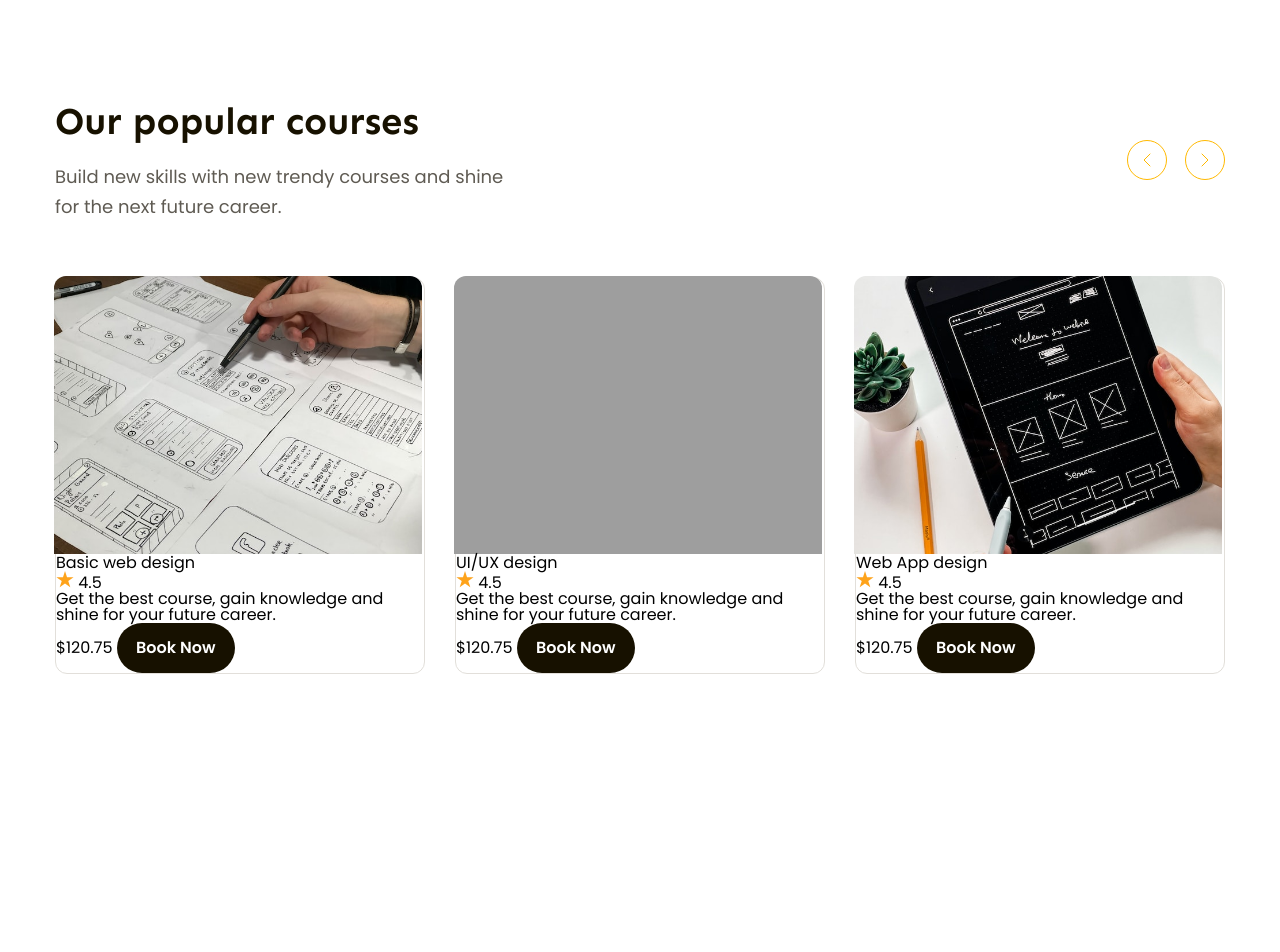
Repository: Tran-Dat/F8-Project-02
Page: index.html
An editor plug-in stored every save of this project. The page is shown before and after the next save, followed by the edit.
The browser window is 1280 px wide. The pictures show the part of the page from y = 1002 to 1954 px (the page is 3000 px tall).
Pictures or frames that could not be fetched are drawn as grey boxes. A picture or video elsewhere on the page could not be fetched, so the positions and the page height are approximate.

Above is the page before, as saved 2023-03-30 18:33:59.

### index.html
<!DOCTYPE html>
<html lang="en">
    <head>
        <meta charset="UTF-8" />
        <meta http-equiv="X-UA-Compatible" content="IE=edge" />
        <meta name="viewport" content="width=device-width, initial-scale=1.0" />
        <title>F8 Project 02</title>
        <!-- reset css -->
        <link rel="stylesheet" href="assets/css/reset.css" />

        <!-- Font gg -->
        <link rel="preconnect" href="https://fonts.googleapis.com" />
        <link rel="preconnect" href="https://fonts.gstatic.com" crossorigin />
        <link
            href="https://fonts.googleapis.com/css2?family=Poppins:ital,wght@0,400;0,500;0,600;0,700;1,400&family=Sen:wght@700&display=swap"
            rel="stylesheet"
        />

        <!-- styles css -->
        <link rel="stylesheet" href="assets/css/styles.css" />
    </head>
    <body>
        <main style="height: 3000px">
            <!-- Header -->
            <header class="header fixed">
                <div class="main-content">
                    <div class="body">
                        <!-- Logo -->
                        <img
                            src="./assets/img/Logo-Lesson.svg"
                            alt="Lesseon"
                            class="logo"
                        />

                        <!-- Nav -->
                        <nav class="nav">
                            <ul>
                                <li class="active">
                                    <a href="#!">Home</a>
                                </li>
                                <li>
                                    <a href="#!">Courses</a>
                                </li>
                                <li>
                                    <a href="#!">Pricing</a>
                                </li>
                                <li>
                                    <a href="#!">Reviews</a>
                                </li>
                            </ul>
                        </nav>

                        <!-- ACtion -->
                        <div class="action">
                            <a href="#!" class="btn sign-up-btn">sign up</a>
                        </div>
                    </div>
                </div>
            </header>

            <!-- Hero -->
            <div class="hero">
                <div class="main-content">
                    <div class="body">
                        <!-- hero left -->
                        <div class="media-block">
                            <img
                                src="./assets/img/Hero-img.jpg"
                                alt="Learn without limits and spread knowledge."
                                class="img"
                            />

                            <div class="hero-summary">
                                <!-- Item 1 -->
                                <div class="item">
                                    <div class="icon">
                                        <img
                                            src="./assets/icon/list.svg"
                                            alt=""
                                        />
                                    </div>
                                    <div class="info">
                                        <p class="lable">20 Courses</p>
                                        <p class="title">UI/UX Design</p>
                                    </div>
                                </div>

                                <!-- Item 2 -->
                                <div class="item">
                                    <div class="icon">
                                        <img
                                            src="./assets/icon/code.svg"
                                            alt=""
                                        />
                                    </div>
                                    <div class="info">
                                        <p class="lable">20 Courses</p>
                                        <p class="title">Development</p>
                                    </div>
                                </div>

                                <!-- Item 3 -->
                                <div class="item">
                                    <div class="icon">
                                        <img
                                            src="./assets/icon/speaker.svg"
                                            alt=""
                                        />
                                    </div>
                                    <div class="info">
                                        <p class="lable">30 Courses</p>
                                        <p class="title">Marketing</p>
                                    </div>
                                </div>
                            </div>
                        </div>

                        <!-- hero right -->
                        <div class="content-block">
                            <h1 class="heading lv1">
                                Learn without limits and spread knowledge.
                            </h1>
                            <p class="desc">
                                Build new skills for that “this is my year”
                                feeling with courses, certificates, and degrees
                                from world-class universities and companies.
                            </p>
                            <div class="cta-group">
                                <a href="" class="btn hero-cta">See Courses</a>
                                <button class="watch-video">
                                    <div class="icon">
                                        <img
                                            src="./assets/icon/play.svg"
                                            alt=""
                                        />
                                    </div>
                                    <span>Watch Video</span>
                                </button>
                            </div>
                            <p class="desc">Recent engagement</p>
                            <p class="desc stats">
                                <strong>50K</strong> Students
                                <strong>70+</strong> Courses
                            </p>
                        </div>
                    </div>
                </div>
            </div>

            <!-- Popular -->
            <div class="popular">
                <div class="main-content">
                    <!-- Popular-top -->
                    <div class="popular-top">
                        <div class="info">
                            <h2 class="heading lv2">Our popular courses</h2>
                            <p class="desc">
                                Build new skills with new trendy courses and
                                shine for the next future career.
                            </p>
                        </div>
                        <div class="controls">
                            <button class="control-btn">
                                <svg
                                    width="8"
                                    height="14"
                                    viewBox="0 0 8 14"
                                    fill="none"
                                    xmlns="http://www.w3.org/2000/svg"
                                >
                                    <path
                                        d="M7 1L1 7L7 13"
                                        stroke="currentColor"
                                        stroke-linecap="round"
                                        stroke-linejoin="round"
                                    />
                                </svg>
                            </button>
                            <button class="control-btn">
                                <svg
                                    width="8"
                                    height="14"
                                    viewBox="0 0 8 14"
                                    fill="none"
                                    xmlns="http://www.w3.org/2000/svg"
                                >
                                    <path
                                        d="M1 1L7 7L1 13"
                                        stroke="currentColor"
                                        stroke-linecap="round"
                                        stroke-linejoin="round"
                                    />
                                </svg>
                            </button>
                        </div>
                    </div>

                    <!-- Course-bottom -->
                    <div class="course-list">
                        <!-- course-item 1 -->
                        <div class="course-item">
                            <img
                                src="./assets/img/course-1.jpg"
                                alt="Basic web design"
                                class="thumb"
                            />
                            <div class="info">
                                <!-- head-info-course -->
                                <div class="head">
                                    <h3 class="title">Basic web design</h3>
                                    <div class="rating">
                                        <img
                                            src="./assets/icon/Star.svg"
                                            alt="star"
                                            class="star"
                                        />
                                        <span class="value">4.5</span>
                                    </div>
                                </div>

                                <!-- p-info-course -->
                                <p class="desc">
                                    Get the best course, gain knowledge and
                                    shine for your future career.
                                </p>

                                <!-- foot-info-course -->
                                <div class="foot">
                                    <span class="price">$120.75</span>
                                    <div class="btn">Book Now</div>
                                </div>
                            </div>
                        </div>

                        <!-- course-item 2 -->
                        <div class="course-item">
                            <img
                                src="./assets/img/course-2.jpg"
                                alt="UI/UX design"
                                class="thumb"
                            />
                            <div class="info">
                                <!-- head-info-course -->
                                <div class="head">
                                    <h3 class="title">UI/UX design</h3>
                                    <div class="rating">
                                        <img
                                            src="./assets/icon/Star.svg"
                                            alt="star"
                                            class="star"
                                        />
                                        <span class="value">4.5</span>
                                    </div>
                                </div>

                                <!-- p-info-course -->
                                <p class="desc">
                                    Get the best course, gain knowledge and
                                    shine for your future career.
                                </p>

                                <!-- foot-info-course -->
                                <div class="foot">
                                    <span class="price">$120.75</span>
                                    <div class="btn">Book Now</div>
                                </div>
                            </div>
                        </div>

                        <!-- course-item 3 -->
                        <div class="course-item">
                            <img
                                src="./assets/img/course-3.jpg"
                                alt="Web App design"
                                class="thumb"
                            />
                            <div class="info">
                                <!-- head-info-course -->
                                <div class="head">
                                    <h3 class="title">Web App design</h3>
                                    <div class="rating">
                                        <img
                                            src="./assets/icon/Star.svg"
                                            alt="star"
                                            class="star"
                                        />
                                        <span class="value">4.5</span>
                                    </div>
                                </div>

                                <!-- p-info-course -->
                                <p class="desc">
                                    Get the best course, gain knowledge and
                                    shine for your future career.
                                </p>

                                <!-- foot-info-course -->
                                <div class="foot">
                                    <span class="price">$120.75</span>
                                    <div class="btn">Book Now</div>
                                </div>
                            </div>
                        </div>
                    </div>
                </div>
            </div>
        </main>
    </body>
</html>

### assets/css/styles.css
* {
    box-sizing: border-box;
}

:root {
    --primary-color: #ffb900;
    --font-heading: Sen, sans-serif;
}

html {
    font-size: 62.5%;
}

body {
    font-size: 1.6rem;
    font-family: "Poppins", sans-serif;
}

/*=================================================================== Common ===================================================================*/
a {
    text-decoration: none;
}

.heading {
    font-weight: 700;
    font-size: 5.8rem;
    color: #171100;
    font-family: var(--font-heading);
}

.heading.lv1 {
    line-height: 1.17;
    letter-spacing: -0.02em;
}

.heading.lv2 {
    font-size: 3.8rem;
    line-height: 1.26;
}

.btn {
    display: inline-block;
    min-width: 118px;
    padding: 0 16px;
    line-height: 50px;
    font-weight: 600;
    font-size: 1.6rem;
    text-align: center;
    color: #ffffff;
    background: #171100;
    border-radius: 999px;
}

.btn:hover {
    opacity: 0.8;
}

.main-content {
    width: 1170px;
    max-width: calc(100% - 48px);
    margin-left: auto;
    margin-right: auto;
}

/*=================================================================== Header =================================================================== */

.header {
    background: #fffcf4;
}

.header.fixed {
    position: sticky;
    top: -28px;
    z-index: 10;
}

.header .body {
    display: flex;
    align-items: center;
    padding: 36px 0 8px;
}

.nav {
    margin-left: auto;
}

.nav ul {
    display: flex;
}

.nav a {
    position: relative;
    padding: 8px 21px;
    font-size: 1.6rem;
    color: #5f5b53;
}

.nav a:hover,
.nav li.active a {
    /* font-weight: 600; */
    text-shadow: 1px 0 0 currentColor;
    color: #171100;
}

.nav li.active a::after {
    position: absolute;
    left: 21px;
    bottom: 6px;
    display: block;
    content: "";
    width: 12px;
    height: 2px;
    background: #171100;
    border-radius: 1px;
}

.header .sign-up-btn {
    min-width: 144px;
}

.header .action {
    margin-left: 49px;
}

/*=================================================================== Hero =================================================================== */
.hero {
    padding: 56px 0 65px;
    background: #fffcf4;
}

.hero .body {
    display: flex;
}

/* ========= Hero-left========== */

.hero .media-block {
    width: 48%;
    position: relative;
}

.hero .media-block .img {
    width: 470px;
    height: 685px;
    object-fit: cover;
    border-radius: 20px;
    display: block;
}

.hero-summary {
    position: absolute;
    right: 0;
    bottom: 48px;
    padding: 24px 58px 24px 24px;
    background: #ffffff;
    box-shadow: 0px 16px 32px rgba(0, 0, 0, 0.05);
    border-radius: 12px;
}

.hero-summary .item {
    display: flex;
    align-items: center;
}

.hero-summary .item + .item {
    margin-top: 22px;
}

.hero-summary .icon {
    width: 48px;
    height: 48px;
    border-radius: 50%;
    display: flex;
    align-items: center;
    justify-content: center;
    background: #fff9e8;
}

.hero-summary .item:nth-of-type(2) .icon {
    background: #fcefff;
}

.hero-summary .item:nth-of-type(3) .icon {
    background: #ebeaff;
}

.hero-summary .info {
    margin-left: 16px;
}

.hero-summary .lable {
    font-size: 1.4rem;
    line-height: 1.86;
    color: #5f5b53;
}

.hero-summary .title {
    font-weight: 600;
    font-size: 1.8rem;
    line-height: 1.67;
    color: #171100;
}

/* ========= Hero-right========== */

.hero .content-block {
    width: 52%;
    padding: 64px 0 0 130px;
}

.hero .desc {
    margin-top: 22px;
    font-size: 1.8rem;
    line-height: 1.67;
    color: #5f5b53;
}

.hero .cta-group {
    display: flex;
    align-items: center;
    margin: 38px 0 48px;
}

.hero-cta {
    min-width: 180px;
    line-height: 64px;
    background-color: var(--primary-color);
}

.hero .watch-video {
    align-items: center;
    display: flex;
    margin-left: 28px;
    border: none;
    background: #fffcf4;
    cursor: pointer;
}

.hero .watch-video .icon {
    display: flex;
    align-items: center;
    justify-content: center;
    width: 40px;
    height: 40px;
    border-radius: 50%;
    background: #ffffff;
    box-shadow: 0px 8px 16px rgba(0, 0, 0, 0.07);
}

.hero .watch-video span {
    font-weight: 600;
    margin-left: 14px;
    font-size: 1.8rem;
    line-height: 1.67;
    color: #171100;
}

.hero .stats {
    margin: 8px 0 0 -28px;
}

.hero .stats strong {
    padding: 0 8px 0 28px;
    font-weight: 700;
    font-size: 4.4rem;
    line-height: 1.23;
    font-family: var(--font-heading);
    color: #171100;
}

/*=================================================================== Popular =================================================================== */

.popular {
    padding-top: 200px;
}

.popular-top {
    display: flex;
    justify-content: space-between;
    align-items: center;
}

.popular-top .desc {
    margin-top: 16px;
    width: 458px;
    font-size: 1.8rem;
    line-height: 1.67;
    color: #5f5b53;
}

.popular-top .controls {
    display: flex;
    gap: 18px;
}

.popular-top .control-btn {
    display: flex;
    align-items: center;
    justify-content: center;
    width: 40px;
    height: 40px;
    color: var(--primary-color);
    border: 1px solid var(--primary-color);
    border-radius: 50%;
    background: transparent;
}

.popular-top .control-btn:hover {
    color: #fff;
    background-color: var(--primary-color);
    border: 1px solid var(--primary-color);
    cursor: pointer;
}

/* ========= course-list ========= */

.popular .course-list {
    margin-top: 55px;
    gap: 30px;
    display: flex;
}

.popular .course-item {
    flex: 1;
    background: #fff;
    border: 1px solid #e2dfda;
    border-radius: 12px;
}

.popular .course-item .thumb {
    margin: -2px;
    width: 100%;
    height: 278px;
    object-fit: cover;
    border-radius: 12px 12px 0px 0px;
}

Loaded but not shown: assets/css/reset.css (common file)

After the next save:
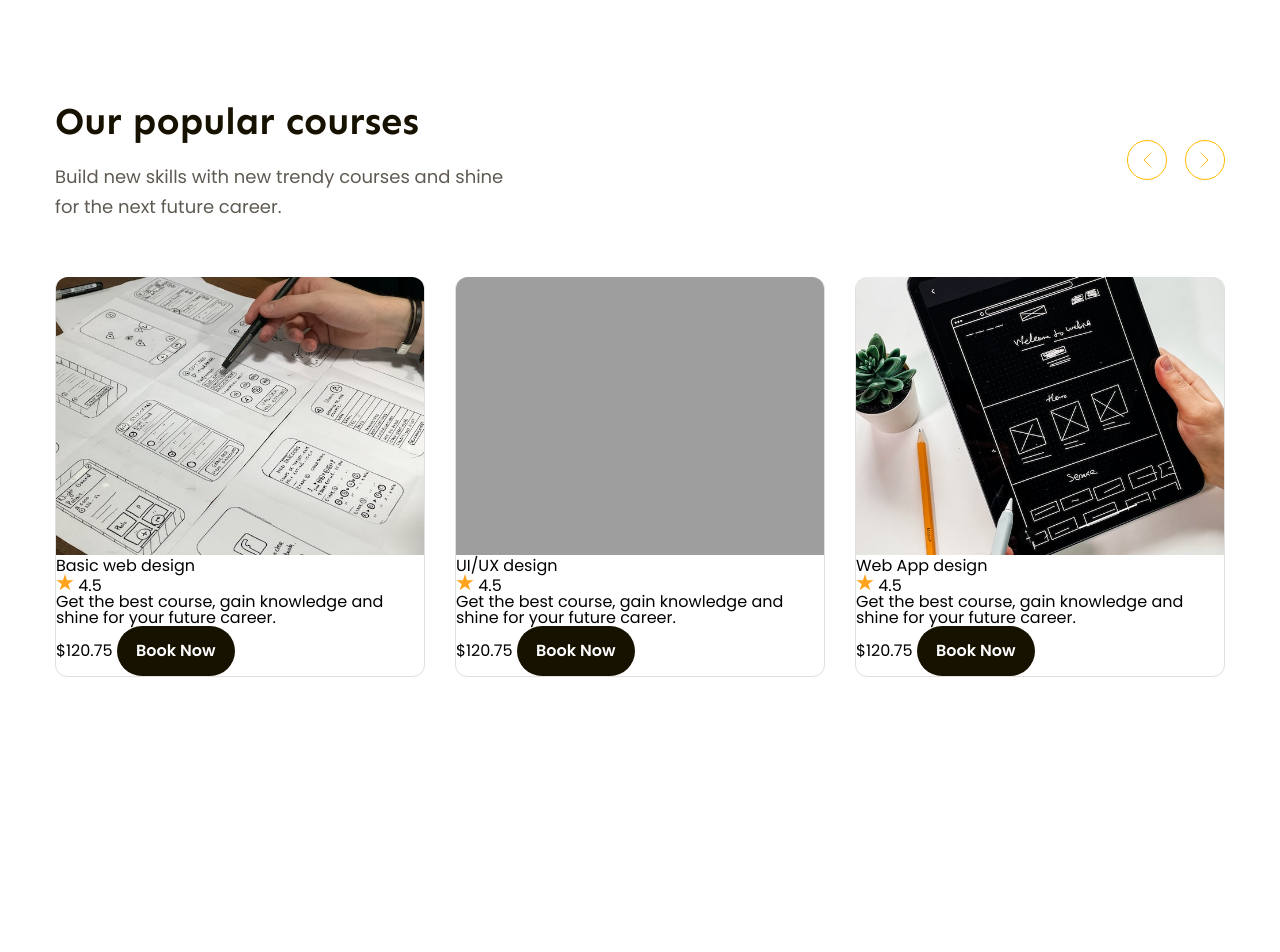
Saved 6 s later.
--- a/assets/css/styles.css
+++ b/assets/css/styles.css
@@ -328,7 +328,7 @@ a {
 }
 
 .popular .course-item .thumb {
-    margin: -2px;
+    margin: -0.5px;
     width: 100%;
     height: 278px;
     object-fit: cover;
